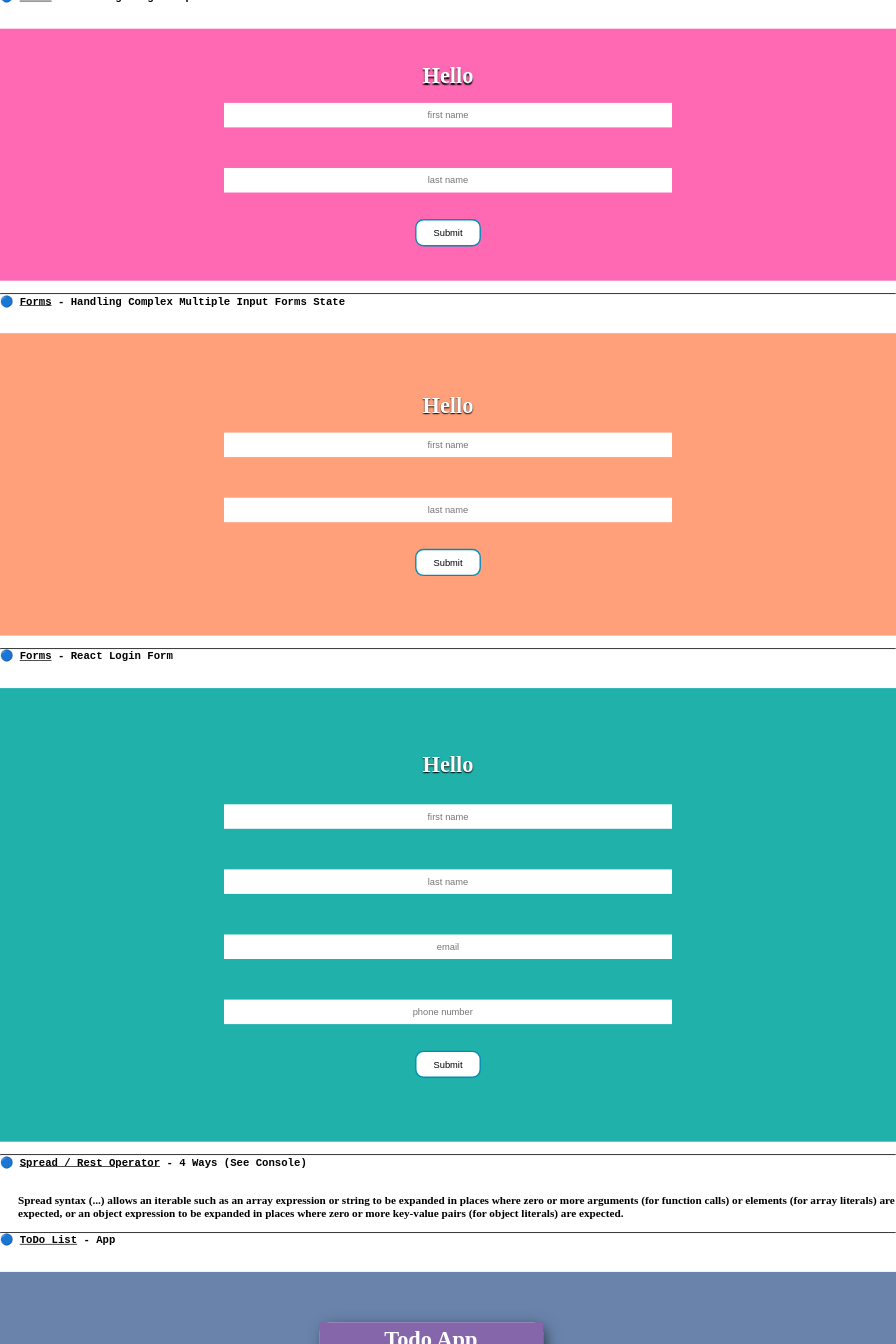
Repository: AalokJadhav/Being_ReactJS
Page: /
These files come from the project's save history. The page is drawn as it stood at one moment and after the next save; the edit follows.
The browser window is 1280 px wide. The pictures show the part of the page from y = 4580 to 6500 px (the page is 7097 px tall), at 70% of full size.
Some web fonts or font styles are not loaded; a fallback is used. Some web libraries are served in a nearby version. The project was rebuilt for these pictures with package versions that can differ from the ones it lists, and the page was loaded fresh each time.

Above is the page before, as saved 2021-10-31 02:52:52.

After the next save:
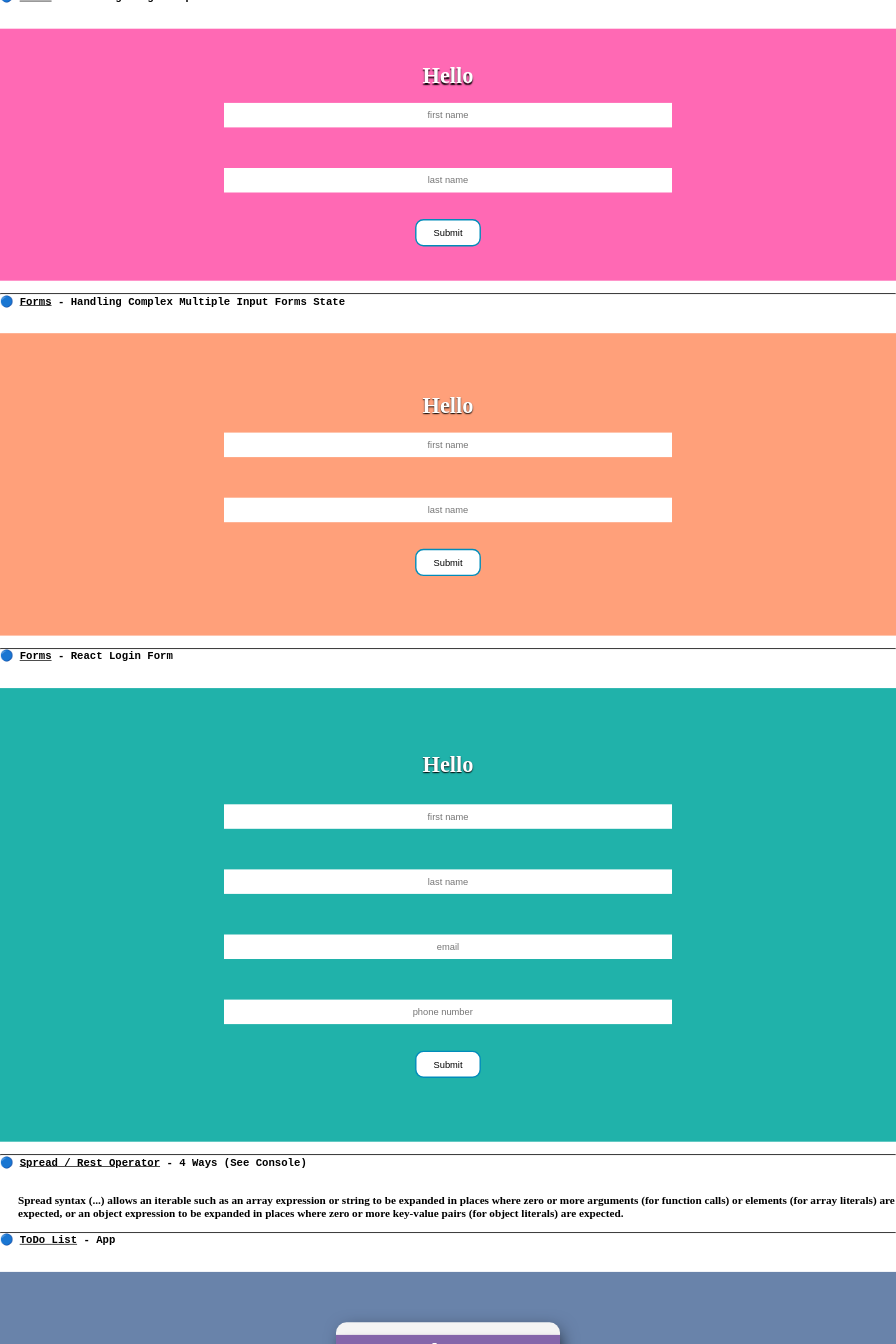
Saved 85 s later.
--- a/src/ToDoList.jsx
+++ b/src/ToDoList.jsx
@@ -15,16 +15,18 @@ const ToDoList = () => {
 
             <div className="main_div">
             <div className="center_div">
+                <br/>
                 <h1 className="heading">Todo App</h1>
                 <br/>
                     <input className="todo_input" type="text" placeholder="Add new todo"
                       onChange={itemsEvent}
                     ></input>
                     <button className="todo_button"><i class="fas fa-plus"></i></button>
-                </div>
-                <ul class="todoList">
+                    <ul class="todoList">
                     <li>{inputList}</li>
                 </ul>
+                </div>
+
                 </div>
 
         </>
